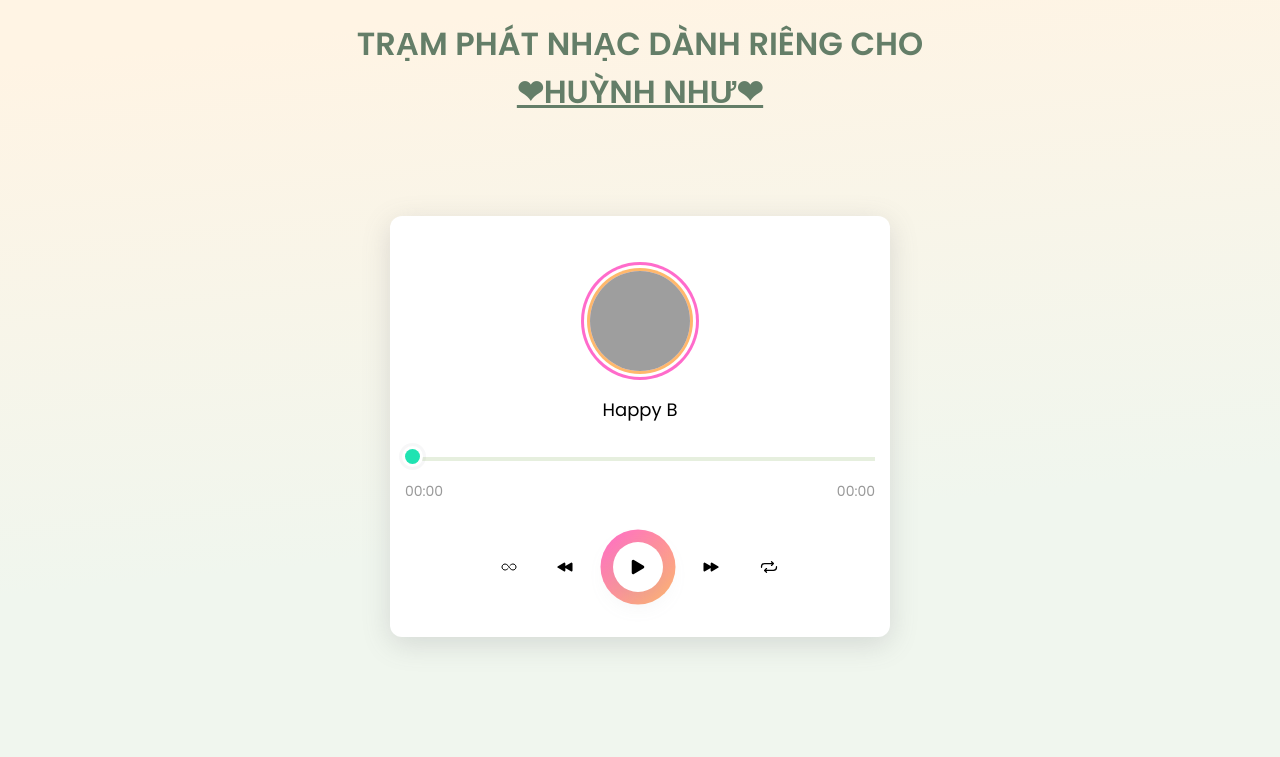
Repository: VuTuanAnh0949/Mp3
Page: index.html
An editor plug-in stored every save of this project. The page is shown before and after a run of saves, followed by the edit.
The browser window is 1280 px wide. The pictures show the whole page.
Pictures or frames that could not be fetched are drawn as grey boxes.

Above is the page before, as saved 2022-09-25 15:24:03.

After the next 5 saves:
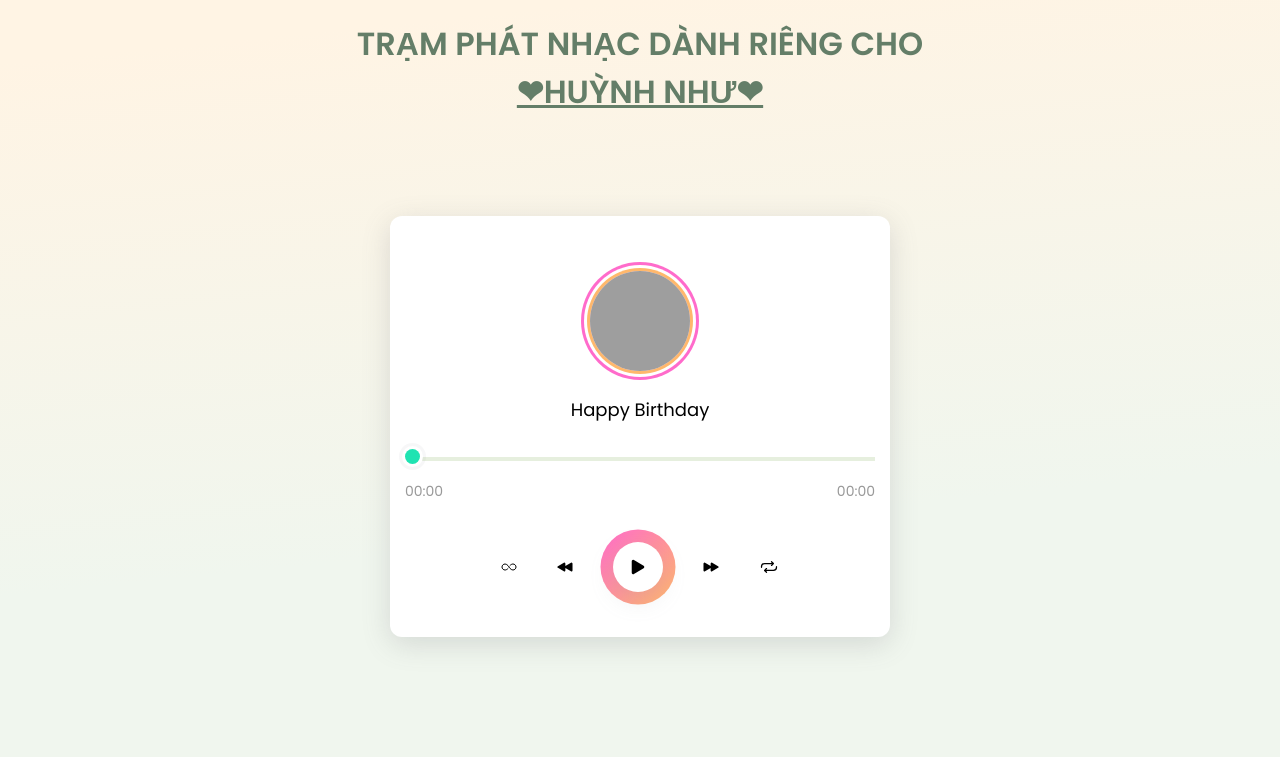
The 5 saves are shown as one change because they came seconds apart.
The last was saved 20 s later.
--- a/app.js
+++ b/app.js
@@ -17,8 +17,8 @@ let isRepeat = false;
 const musics =[
   {
     id: 1,
-    title: "Happy B",
-    file: "outout.mp3",
+    title: "Happy Birthday",
+    file: ".mp3",
     image: "https://c4.wallpaperflare.com/wallpaper/545/756/905/anime-anime-girls-mask-simple-background-hd-wallpaper-thumb.jpg"
 },
       {
